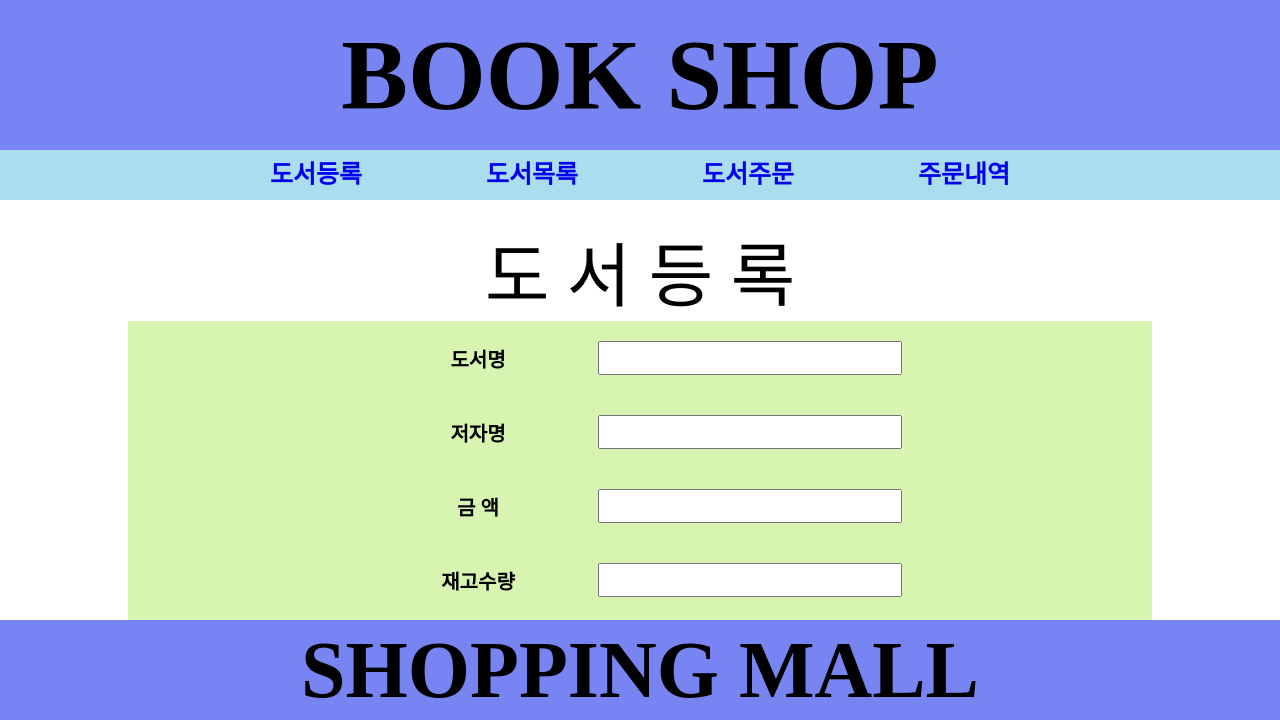
Repository: eunmiyo/BookShop
Page: http://localhost/Book/add
The author's editor kept a copy of each file at every save. The page is drawn from the files as they stood at one save, then again after the next save.
The browser window is 1280 px wide. The pictures show the whole page.
The page is served by Tomcat 9. Other server files are loaded and not shown.

Above is the page before, as saved 2022-12-29 06:13:24.

### Book/src/main/webapp/add.jsp
<%@ page language="java" contentType="text/html; charset=UTF-8"
    pageEncoding="UTF-8"%>
<!DOCTYPE html>
<html>
<head>
<meta charset="UTF-8">
<title>Insert title here</title>
<link rel="stylesheet" href="style.css">
</head>
<body>
	<%@ include file="top.jsp"%>

		<form name = "frm" method="post" action="insert">
			<table>
				<caption>도 서 등 록</caption>
				<tr>
					<th>도서명</th>
					<td><input type="text" name="title"></td>
				</tr>
				<tr>
					<th>저자명</th>
					<td><input type="text" name="writer"></td>
				</tr>
				<tr>
					<th>금 액</th>
					<td><input type="text" name="price"></td>
				</tr>
				<tr>
					<th>재고수량</th>
					<td><input type="text" name="stock"></td>
				</tr>
				<tr>
					<td colspan="2">
						<button class="btn" type="submit"
							onclick="fn_submit(); return false;">도서등록</button>
						<button class="btn" type="reset">취소</button>
					</td>
				</tr>
			</table>
		</form>

	<%@ include file="footer.jsp"%>
<script type="text/javascript" src="./script.js"></script>
</body>
</html>

### Book/src/main/webapp/top.jsp
<%@ page language="java" contentType="text/html; charset=UTF-8"
    pageEncoding="UTF-8"%>
<!DOCTYPE html>
<html>
<head>
<meta charset="UTF-8">
<title>Insert title here</title>
<link rel="stylesheet" href="style.css">
</head>
<body>
	<header>BOOK SHOP</header>
	<nav>
		<ul>
			<li><a href="add">도서등록</a></li>
			<li><a href="list">도서목록</a></li>
			<li><a href="buy">도서주문</a></li>
			<li><a href="order">주문내역</a></li>
		</ul>
	</nav>
</body>
</html>

### Book/src/main/webapp/footer.jsp
<%@ page language="java" contentType="text/html; charset=UTF-8"
    pageEncoding="UTF-8"%>
<!DOCTYPE html>
<html>
<head>
<meta charset="UTF-8">
<title>Insert title here</title>
<link rel="stylesheet" href="style.css">
</head>
<body>
	<footer>SHOPPING MALL</footer>
</body>
</html>

### Book/src/main/java/Controller/BookController.java
package Controller;

import java.io.IOException;
import java.io.PrintWriter;

import javax.servlet.ServletException;
import javax.servlet.annotation.WebServlet;
import javax.servlet.http.HttpServlet;
import javax.servlet.http.HttpServletRequest;
import javax.servlet.http.HttpServletResponse;

import DAO.BookDAO;

@WebServlet("/")
public class BookController extends HttpServlet {
	private static final long serialVersionUID = 1L;


    public BookController() {
        super();
    }

	protected void doGet(HttpServletRequest request, HttpServletResponse response) throws ServletException, IOException {
		request.setCharacterEncoding("UTF-8");
		doPro(request, response);
	}

	protected void doPost(HttpServletRequest request, HttpServletResponse response) throws ServletException, IOException {
		request.setCharacterEncoding("UTF-8");
		doPro(request, response);
	}

	protected void doPro(HttpServletRequest request, HttpServletResponse response) throws ServletException, IOException {
		String context = request.getContextPath(); // 톰캣의 ContextPath()를 가져온다.(server.xml에서 확인)
		String command = request.getServletPath(); // 경로에 맨 끝 파일명을 가져온다.
		String site = null;

		BookDAO book = new BookDAO();

		switch (command) {
		case "/" :
			site = "bookshop.jsp";
			break;
		case "/add" :
			site = "add.jsp";
			break;
		case "/insert" :
			int result = book.insert(request, response);
			response.setContentType("text/html; charset=UTF-8");
			PrintWriter out = response.getWriter();

			if(result == 1) {
				out.print("<script>");
				out.print("alert('상품이 정상적으로 등록 되었습니다!'); location.href='" + context + "/add';");
				out.print("</script>");
				out.flush();
			} else {
				out.print("<script>");
				out.print("alert('등록실패!'); location.href='" + context + "/add';");
				out.print("</script>");
				out.flush();
			}
			break;
		case "/list" :
			site = book.listAll(request, response);
			break;
		case "/delete" :
			int result2 = book.delete(request, response);
			response.setContentType("text/html; charset=UTF-8");
			out = response.getWriter();

			if(result2 == 1) { //삭제성공
				out.print("<script>");
				out.print("alert('상품삭제가 완료 되었습니다!'); location.href='" + context + "/list';");
				out.print("</script>");
				out.flush();
			} else {
				out.print("<script>");
				out.print("alert('삭제실패!'); location.href='" + context + "/list';");
				out.print("</script>");
				out.flush();
			}
		 break;
		case "/modify" :
			site = book.modify(request, response);
			break;
		case "/update" :
			int result3 = book.update(request, response);
			response.setContentType("text/html; charset=UTF-8");
			out = response.getWriter();

			if(result3 == 1) {
				out.print("<script>");
				out.print("alert('상품수정이 완료 되었습니다!'); location.href='" + context + "/list';");
				out.print("</script>");
				out.flush();
			} else {
				out.print("<script>");
				out.print("alert('수정실패!'); location.href='" + context + "/list';");
				out.print("</script>");
				out.flush();
			}
		 break;
		case "/buy" :
			site = book.buy(request, response);
			break;
		case "/buyList" :
			site = book.buyList(request, response);
			break;
		}

		getServletContext().getRequestDispatcher("/" + site).forward(request, response);
	}
}

### Book/src/main/java/DAO/BookDAO.java
package DAO;

import java.sql.Connection;
import java.sql.DriverManager;
import java.sql.PreparedStatement;
import java.sql.ResultSet;
import java.util.ArrayList;

import javax.servlet.http.HttpServletRequest;
import javax.servlet.http.HttpServletResponse;

import DTO.Book;

public class BookDAO {
	Connection conn = null;
	PreparedStatement ps = null;
	ResultSet rs = null;

	public static Connection getConnection() throws Exception {
		Class.forName("oracle.jdbc.OracleDriver");
		Connection con = DriverManager
				.getConnection("jdbc:oracle:thin:@localhost:1521:xe", "test", "test1234");
		return con;
	}

	//상품등록
	public int insert(HttpServletRequest request, HttpServletResponse response) {
		String title = request.getParameter("title");
		String writer = request.getParameter("writer");
		int price = Integer.parseInt(request.getParameter("price"));
		int stock = Integer.parseInt(request.getParameter("stock"));
		int result = 0;

		try {
			conn = getConnection();
			String sql = "INSERT INTO BOOK_LIST VALUES(BOOK_SEQ.NEXTVAL, ?, ?, ?, ?)";
			ps = conn.prepareStatement(sql);
			ps.setString(1, title);
			ps.setString(2, writer);
			ps.setInt(3, price);
			ps.setInt(4, stock);

			result = ps.executeUpdate();

			conn.close();
			ps.close();

		} catch (Exception e) {
			e.printStackTrace();
		}
		return result;
	}

	//상품조회
	public String listAll(HttpServletRequest request, HttpServletResponse response) {
		ArrayList<Book> bookList = new ArrayList<Book>();

		 try {
			 conn = getConnection();
			 String sql = "SELECT * FROM BOOK_LIST";

			ps = conn.prepareStatement(sql);
			rs = ps.executeQuery();

			while(rs.next()) {
				Book book = new Book();
				book.setNo(rs.getInt(1));
				book.setTitle(rs.getString(2));
				book.setWriter(rs.getString(3));
				book.setPrice(rs.getInt(4));
				book.setStock(rs.getInt(5));

				bookList.add(book);
			}
			request.setAttribute("bookList", bookList);

			conn.close();
			rs.close();

		 	} catch (Exception e) {
				e.printStackTrace();
		 	}

		 return "list.jsp";
	}

	//상품삭제하기
	public int delete(HttpServletRequest request, HttpServletResponse response) {
		int result = 0;

		try {
			conn = getConnection();
			int no = Integer.parseInt(request.getParameter("no"));
			String sql = "DELETE FROM BOOK_LIST WHERE BOOK_NO = " + no;

			ps = conn.prepareStatement(sql);
			result = ps.executeUpdate(); //쿼리문 실행

			conn.close();
			ps.close();

		} catch (Exception e) {
			e.printStackTrace();
		}

		return result;
	}

	//상품수정 전 화면 보여주기
	public String modify(HttpServletRequest request, HttpServletResponse response) {
		try {
			conn = getConnection();
			int no = Integer.parseInt(request.getParameter("no"));

			String sql = "SELECT TITLE, WRITER, PRICE, STOCK FROM BOOK_LIST WHERE BOOK_NO = " + no;

			ps = conn.prepareStatement(sql);
			rs = ps.executeQuery();

			Book book = new Book();

			if(rs.next()) {
				book.setTitle(rs.getString(1));
				book.setWriter(rs.getString(2));
				book.setPrice(rs.getInt(3));
				book.setStock(rs.getInt(4));
			}

			request.setAttribute("book", book);

			conn.close();
			ps.close();
			rs.close();

		} catch (Exception e) {
			e.printStackTrace();
		}

		return "modify.jsp";
	}

	//상품수정
	public int update(HttpServletRequest request, HttpServletResponse response) {
		String title = request.getParameter("title");
		String writer = request.getParameter("writer");
		int price = Integer.parseInt(request.getParameter("price"));
		int stock = Integer.parseInt(request.getParameter("stock"));
		int result = 0;

		try {
			conn = getConnection();

			String sql = "UPDATE BOOK_LIST SET WRITER = ?, "
					+ "PRICE = ?, STOCK = ? "
					+ "WHERE TITLE = ? ";

			ps = conn.prepareStatement(sql);
			ps.setString(1,writer);
			ps.setInt(2, price);
			ps.setInt(3, stock);
			ps.setString(4, title);

			result = ps.executeUpdate();

			conn.close();
			ps.close();

		} catch (Exception e) {
			e.printStackTrace();
		}
		return result;
	}

	//구매 도서 리스트
	public String buy(HttpServletRequest request, HttpServletResponse response) {
		ArrayList<Book> bookList = new ArrayList<Book>();

		 try {
			 conn = getConnection();
			 String sql = "SELECT TITLE, WRITER, PRICE FROM BOOK_LIST";

			ps = conn.prepareStatement(sql);
			rs = ps.executeQuery();

			while(rs.next()) {
				Book book = new Book();
				book.setTitle(rs.getString(1));
				book.setWriter(rs.getString(2));
				book.setPrice(rs.getInt(3));

				bookList.add(book);
			}

			request.setAttribute("bookList", bookList);

			conn.close();
			rs.close();

		 	} catch (Exception e) {
				e.printStackTrace();
		 	}

		 return "buy.jsp";
	}

	//구매 리스트
	public String buyList(HttpServletRequest request, HttpServletResponse response) {
		String title = request.getParameter("title");
		String writer = request.getParameter("writer");
		int price = Integer.parseInt(request.getParameter("price"));
		int count = Integer.parseInt(request.getParameter("count"));

		try {
			conn = getConnection();
			String sql = "INSERT INTO BOOK_ORDER VALUES(?, ?, ?, ?);";
			ps = conn.prepareStatement(sql);
			ps.setString(1, title);
			ps.setString(2, writer);
			ps.setInt(3, price);
			ps.setInt(4, count);

			ps.executeUpdate();

			conn.close();
			ps.close();

		} catch (Exception e) {
			e.printStackTrace();
		}
		return "buyList";
	}
}

### Book/src/main/webapp/style.css
@charset "UTF-8";

* {
	margin: 0;
	padding: 0;
}

header {
	top: 0;
	width: 100%;
	text-align: center;
	background: #7884F1;
	color: black;
	height: 150px;
	line-height: 150px;
	font-size: 100px;
	font-weight: bold;
}

nav ul {
	height: 50px;
	line-height: 50px;
	width: 100%;
	background: #AADEEE;
	color: black;
	text-align: center;
}

nav ul li {
	list-style: none;
	padding: 0 60px;
	display: inline-block;
	font-weight: bold;
	font-size: 25px;
}

section {
	position: absolute;
	overflow: auto;
	width: 100%;
	height: 100%;
	background: white;
}

a {
	text-decoration: none;
}

a:hover {
	cursor: pointer;
}

img {
	margin: auto;
    display: block;
    padding: 100px;
    width: 40%;
}

caption {
	font-size: 70px;
	margin-top: 20px;
	text-align: center;
}

table {
	padding-top: 50px;
	background: #D7F4B1;
	margin-left:auto;
    margin-right:auto;
    border-collapse: collapse;
	font-size: 20px;
	width: 80%;
}

.buyList {

}

.wap {
	border-collapse: collapse;
	width: 80%;
	height: 80%;
}

.bar {
	border-bottom: 2px solid #86CC2C;
}

tr, td, th {
	display: flex;
	justify-content: center;
	align-items: center;
	padding: 10px;
}

th{
	width: 20%;
}

.list{
	width: 20%;
	padding: 0;
}

input {
	height: 30px;
	width: 300px;
}

b {
	margin-left: 10px;
}

.count {
	margin-left: 5px;
	height: 30px;
	width: 80px;
}

.btn {
	padding: 0.4rem 1rem;
	border-radius: 0.4rem;
	font-size: 20px;
	margin-left: 20px;
	text-align: center;
}

select {
	width: 300px;
	padding: .8em .5em;
	border: 1px solid #999;
	font-family: inherit;
	border-radius: 0px;
}

footer {
	position: fixed;
	bottom: 0;
	width: 100%;
	text-align: center;
	background: #7884F1;
	color: black;
	height: 100px;
	line-height: 100px;
	font-size: 80px;
	font-weight: bold;
}

### Book/src/main/webapp/script.js
function fn_submit() {
	var f = document.frm;

	if(f.title.value == "") {
		alert("도서명이 입력되지 않았습니다!")
		f.title.focus();
		return false;
	}

	if(f.writer.value == "") {
		alert("저자명이 입력되지 않았습니다!")
		f.writer.focus();
		return false;
	}

	if(f.price.value == "") {
		alert("금액이 입력되지 않았습니다!")
		f.price.focus();
		return false;
	}

	if(f.stock.value == "") {
		alert("재고수량이 입력되지 않았습니다!")
		f.stock.focus();
		return false;
	}

	f.submit();
}

function chkDelete(no) {
	const result = confirm("삭제하시겠습니까?");

	if(result){
			const url = location.origin; //'http://localhost:8090'
			location.href = url + "/Book/delete?no=" + no; //페이지이동

		} else {
			return false;
		}
}

function bookadd() {
  var book = $(".bar select").val();
  var cnt = $(".count").val();
  var test = book.split("/");

  console.log(test[0]);
  console.log(test[1]);
  console.log(test[2]);

  var tdbookname = "<td>" + test[0] + "</td>";
  var tdbookperson = "<td>" + test[1] + "</td>";
  var tdbookprice = "<td>" + test[2] + "</td>";
  var tdbookcnt = "<td>" + cnt + "</td>";
  var tddelbtn = "<td><button>삭제</button></td>";

 var tr = "<tr>" + tdbookname + tdbookperson + tdbookprice + tdbookcnt + tddelbtn + "</tr>";

 var table = $(".buyList");
 table.append(tr);

}

After the next save:
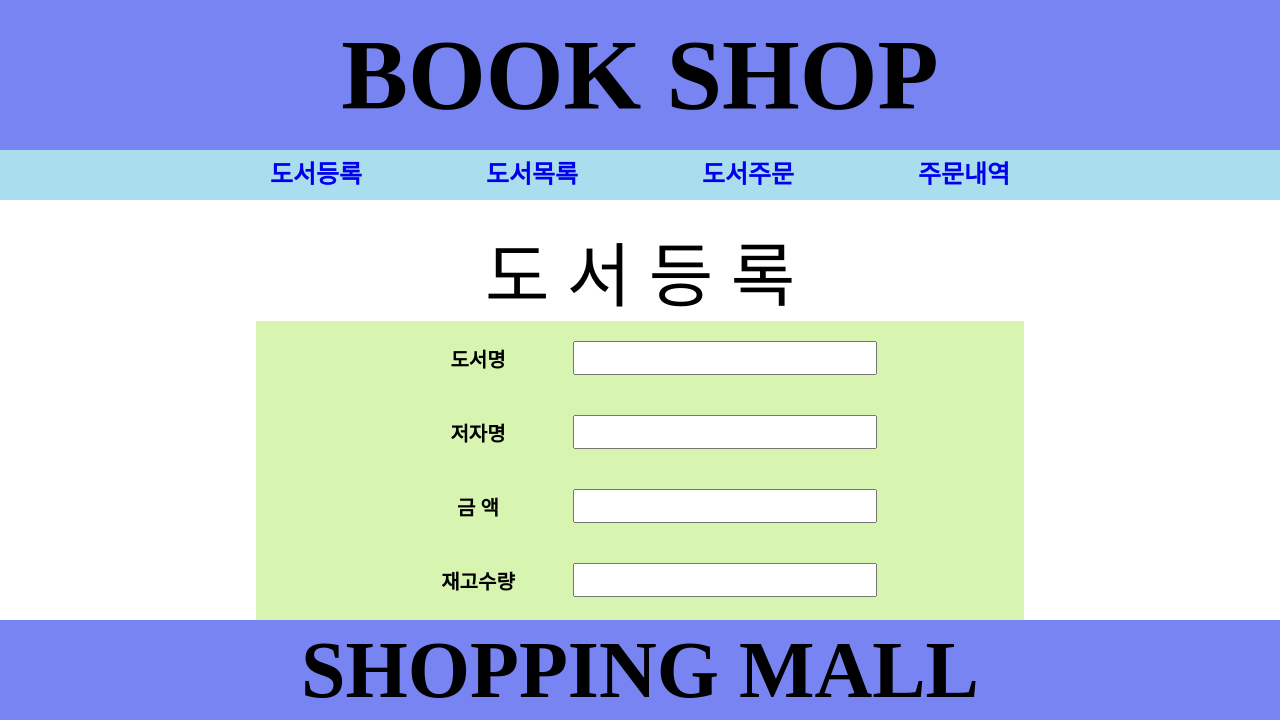
Saved 40 s later.
--- a/Book/src/main/webapp/style.css
+++ b/Book/src/main/webapp/style.css
@@ -70,7 +70,7 @@ table {
     margin-right:auto;
     border-collapse: collapse;
 	font-size: 20px;
-	width: 80%;
+	width: 60%;
 }
 
 .buyList {
